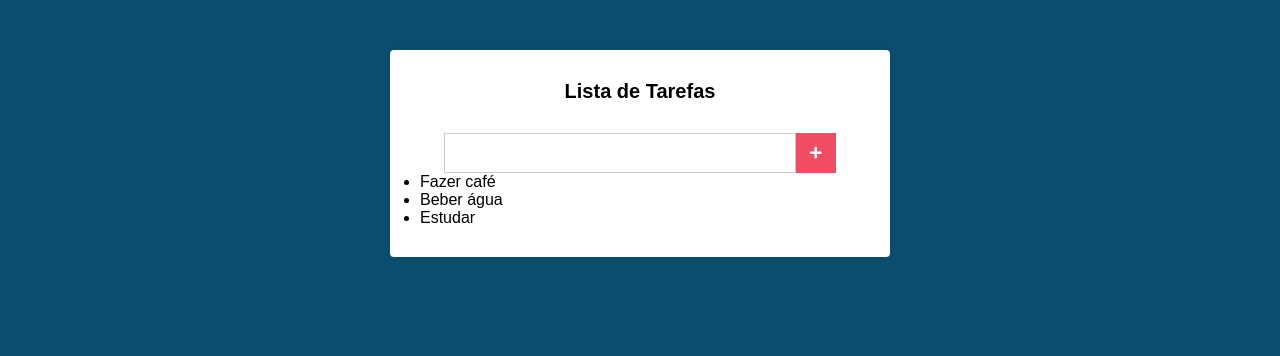
Repository: FellipeMiguel/lista-de-tarefas
Page: /
An editor plug-in stored every save of this project. The page is shown before and after the next save, followed by the edit.
The browser window is 1280 px wide. The pictures show the whole page.
The project was rebuilt for these pictures with package versions that can differ from the ones it lists, and the page was loaded fresh each time.

Above is the page before, as saved 2023-06-14 23:42:28.

### src/index.js
import React from "react"
import ReactDOM from "react-dom/client"

import App from "./App"

const root = ReactDOM.createRoot(document.getElementById("root"))
root.render(
  <React.StrictMode>
    <App />
  </React.StrictMode>,
)

### src/App.js
import Main from './components/Main'
import './App.css'

function App() {
  return <Main />
}

export default App

### src/components/Main.js
import React, { Component } from 'react'

// Form
import { FaPlus } from 'react-icons/fa'

// Tasks
import { FaEdit, FaWindowClose } from 'react-icons/fa'

import './Main.css'

export default class Main extends Component {
  state = {
    newTask: '',
    tasks: ['Fazer café', 'Beber água', 'Estudar'],
  }

  handleChange = (e) => {
    this.setState({ newTask: e.target.value })
  }

  render() {
    const { newTask, tasks } = this.state

    return (
      <div className="main">
        <h1>Lista de Tarefas</h1>

        <form action="#" className="form">
          <input value={newTask} onChange={this.handleChange} type="text" />
          <button type="submit">
            <FaPlus />
          </button>
        </form>

        <ul className="tasks">
          {tasks.map((task) => (
            <li key={task}>
              {task}
              <div></div>
            </li>
          ))}
        </ul>
      </div>
    )
  }
}

### src/components/Main.css
.main {
  background: #fff;
  padding: 30px;
  margin: 50px auto;
  max-width: 500px;
  border-radius: 4px;
  box-shadow: 0 0 10px rgba(0, 0, 0, 0.1);
}

.main h1 {
  font-size: 20px;
  text-align: center;
}

.form {
  margin-top: 30px;
  display: flex;
  align-items: center;
  justify-content: center;
}

.form input[type="text"] {
  height: 40px;
  padding: 0 20px;
  font-size: 20px;
  border: 1px solid #ccc;
  min-width: 80%;
}

.form button[type="submit"] {
  border: none;
  height: 40px;
  width: 40px;
  background: #f04c64;
  color: #fff;
  display: flex;
  align-items: center;
  justify-content: center;
}

Loaded but not shown: public/index.html (common file); src/App.css (common file)

After the next save:
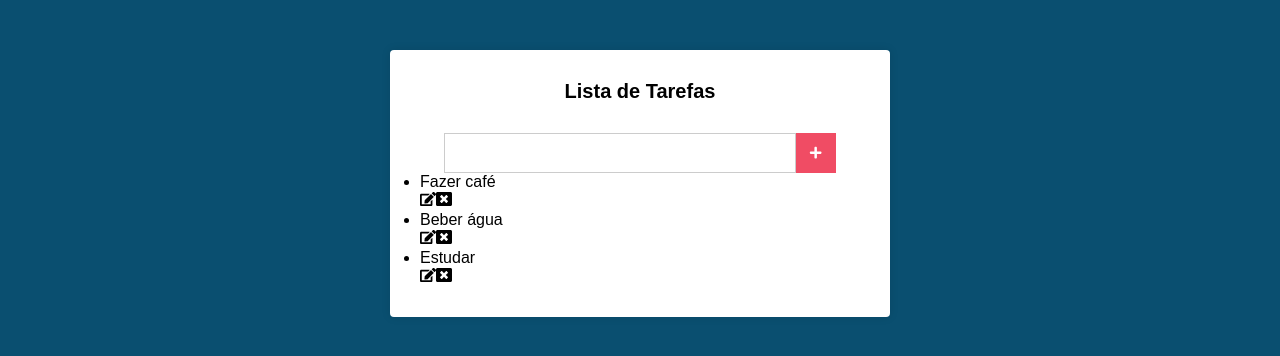
Saved 29 s later.
--- a/src/components/Main.js
+++ b/src/components/Main.js
@@ -36,7 +36,10 @@ export default class Main extends Component {
           {tasks.map((task) => (
             <li key={task}>
               {task}
-              <div></div>
+              <div>
+                <FaEdit />
+                <FaWindowClose />
+              </div>
             </li>
           ))}
         </ul>
